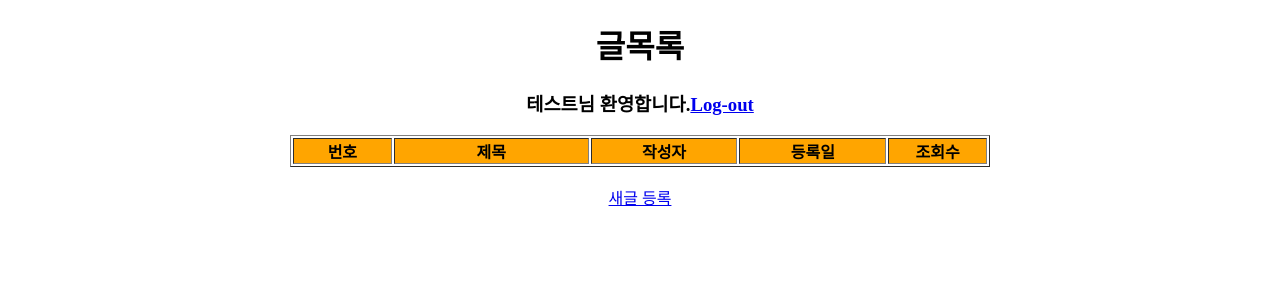
Repository: noopzzya/study_spring_globalin
Page: http://localhost/BoardWeb/getBoardList.jsp
An editor plug-in stored every save of this project. The page is shown before and after the next save, followed by the edit.
The browser window is 1280 px wide. The pictures show the whole page.
The page is served by Tomcat 9. Other server files are loaded and not shown. Queries for data that is not in the repository find no rows.

Above is the page before, as saved 2023-03-09 04:36:10.

### BoardWeb/src/main/webapp/getBoardList.jsp
<%@ page language="java" contentType="text/html; charset=UTF-8"
    pageEncoding="UTF-8"%>

<%@page import="com.globalin.biz.board.impl.BoardDAO"%>
<%@page import="com.globalin.biz.board.BoardVO"%>
<%@ page import="java.util.List" %>

<%
// 데이터베이스 연동
//BoardVO vo = new BoardVO();
BoardDAO boardDAO = new BoardDAO();
List<BoardVO> boardList = boardDAO.getBoardList();

// 응답화면 구성

%>

<!DOCTYPE html>
<html>
<head>
<meta charset="UTF-8">
<title>글 목록</title>
</head>
<body>

<div align="center">
<h1>글목록</h1>

<h3>
	테스트님 환영합니다.<a href="logout_proc.jsp">Log-out</a>
</h3>

<table border="1" cellpadding="0" cellspacint="0" width="700">
	<tr>
		<th bgcolor="orange" width="100">번호</th>
		<th bgcolor="orange" width="200">제목</th>
		<th bgcolor="orange" width="150">작성자</th>
		<th bgcolor="orange" width="150">등록일</th>
		<th bgcolor="orange" width="100">조회수</th>
	</tr>

	<%
		for(BoardVO board : boardList){
	%>

	<tr>
		<td><%=board.getSeq()%></td>
		<td align="left">
			<a href="getBoard.jsp?seq=<%=board.getSeq()%>"><%=board.getTitle()%></a>
		</td>
		<td><%=board.getWriter()%></td>
		<td><%=board.getRegDate()%></td>
		<td><%=board.getCnt()%></td>
	</tr>

	<%
		}
	%>

</table>

<br>
<a href="insertBoard.jsp">새글 등록</a>

</div>

</body>
</html>

### BoardWeb/src/main/java/com/globalin/biz/board/impl/BoardDAO.java
package com.globalin.biz.board.impl;

import java.sql.*;
import java.util.*;

import org.springframework.stereotype.Repository;

import com.globalin.biz.board.BoardVO;
import com.globalin.biz.common.JDBCUtil;

// DAO(Data Access Object)
@Repository("boardDAO")
public class BoardDAO {

	// JDBC 관련 변수 선언
	private Connection conn = null;
	private PreparedStatement pstmt = null;
	private ResultSet rs = null;

	// SQL 명령어들
	private final String BOARD_INSERT="insert into board(seq, title, writer, content) values((select nvl(max(seq),0)+1 from board), ?, ?, ?)";
	private final String BOARD_UPDATE="update board set title=?, content=? where seq=?";
	private final String BOARD_DELETE="delete from board where seq=?";
	private final String BOARD_GET="select * from board where seq=?";
	private final String BOARD_LIST="select * from board order by seq desc";
	private final String BOARD_LIST_T="select * from board where title like '%'||?||'%' order by seq desc";
	private final String BOARD_LIST_C="select * from board where content like '%'||?||'%' order by seq desc";

	// CRUD 메소드 구현
	// 글 등록
	public void insertBoard(BoardVO vo) {

		System.out.println("====> JDBC로 insertBoard() 기능 처리.");

		try {

			conn = JDBCUtil.getConnection();
			pstmt = conn.prepareStatement(BOARD_INSERT);
			pstmt.setString(1, vo.getTitle());
			pstmt.setString(2, vo.getWriter());
			pstmt.setString(3, vo.getContent());
			rs = pstmt.executeQuery();

		}catch(Exception e) {
			e.printStackTrace();
		}finally {
			JDBCUtil.close(rs, pstmt, conn);
		}


	}


	// 글 수정
	public void updateBoard(BoardVO vo) {

		System.out.println("====> JDBC로 updateBoard() 기능 처리.");

		try {
			conn = JDBCUtil.getConnection();
			pstmt = conn.prepareStatement(BOARD_UPDATE);
			pstmt.setString(1, vo.getTitle());
			pstmt.setString(2, vo.getContent());
			pstmt.setInt(3, vo.getSeq());
			pstmt.executeUpdate();

		}catch(Exception e) {
			e.printStackTrace();
		}finally {
			JDBCUtil.close(rs, pstmt, conn);
		}



	}


	// 글 삭제
	public void deleteBoard(BoardVO vo) {

		System.out.println("====> JDBC로 deleteBoard() 기능 처리.");

		try {

			conn = JDBCUtil.getConnection();
			pstmt = conn.prepareStatement(BOARD_DELETE);
			pstmt.setInt(1, vo.getSeq());
			rs = pstmt.executeQuery();

		}catch(Exception e) {
			e.printStackTrace();
		}finally {
			JDBCUtil.close(rs, pstmt, conn);
		}



	}


	// 글 상세조회
	public BoardVO getBoard(BoardVO vo) {

		System.out.println("====> JDBC로 getBoard() 기능 처리.");
		BoardVO board = null;

		try {

			conn = JDBCUtil.getConnection();
			pstmt = conn.prepareStatement(BOARD_GET);
			pstmt.setInt(1, vo.getSeq());
			rs = pstmt.executeQuery();

			if(rs.next()) {
				board = new BoardVO();
				board.setSeq(rs.getInt("seq"));
				board.setTitle(rs.getString("title"));
				board.setWriter(rs.getString("writer"));
				board.setContent(rs.getString("content"));
				board.setRegDate(rs.getDate("regDate"));
				board.setCnt(rs.getInt("cnt"));
			}

		}catch(Exception e) {
			e.printStackTrace();
		}finally {
			JDBCUtil.close(rs, pstmt, conn);
		}


		return board;
	}

	// 글 목록조회
	public List<BoardVO> getBoardList(BoardVO vo) {

		System.out.println("====> JDBC로 getBoardList() 기능 처리.");
		List<BoardVO> boardList = new ArrayList<BoardVO>();
		BoardVO board = null;
		try {

			conn = JDBCUtil.getConnection();
			if(vo.getSearchCondition().equals("TITLE")) {
				pstmt = conn.prepareStatement(BOARD_LIST_T);
			}else if(vo.getSearchCondition().equals("CONTENT")) {
				pstmt = conn.prepareStatement(BOARD_LIST_C);
			}
			pstmt.setString(1, vo.getSearchKeyword());

			// pstmt = conn.prepareStatement(BOARD_LIST);
			rs = pstmt.executeQuery();

			while(rs.next()) {
				board = new BoardVO();
				board.setSeq(rs.getInt("seq"));
				board.setTitle(rs.getString("title"));
				board.setWriter(rs.getString("writer"));
				board.setContent(rs.getString("content"));
				board.setRegDate(rs.getDate("regDate"));
				board.setCnt(rs.getInt("cnt"));
				boardList.add(board);
			}

		}catch(Exception e) {
			e.printStackTrace();
		}finally {
			JDBCUtil.close(rs, pstmt, conn);
		}

		return boardList;
	}
}

### BoardWeb/src/main/java/com/globalin/biz/common/JDBCUtil.java
package com.globalin.biz.common;

import java.sql.*;

public class JDBCUtil {

	public static Connection getConnection() {

		try {
			Class.forName("oracle.jdbc.driver.OracleDriver");
			return DriverManager.getConnection("jdbc:oracle:thin:@localhost:1521:orcl", "scott", "tiger");
		}catch(Exception e) {
			e.printStackTrace();
		}
		return null;
	}

	public static void close(PreparedStatement pstmt, Connection conn) {

		if(pstmt!=null) {
			try {
				if(!pstmt.isClosed())
					pstmt.close();
			}catch(Exception e) {
				e.printStackTrace();
			}finally {
				pstmt = null;
			}
		}

		if(conn!=null) {
			try {
				if(!conn.isClosed())
					conn.close();
			}catch(Exception e) {
				e.printStackTrace();
			}finally {
				conn = null;
			}
		}
	}

	public static void close(ResultSet rs, PreparedStatement pstmt, Connection conn) {

		if(rs!=null) {
			try {
				if(!rs.isClosed())
					rs.close();
			}catch(Exception e) {
				e.printStackTrace();
			}finally {
				rs = null;
			}
		}

		if(pstmt!=null) {
			try {
				if(!pstmt.isClosed())
					pstmt.close();
			}catch(Exception e) {
				e.printStackTrace();
			}finally {
				pstmt = null;
			}
		}

		if(conn!=null) {
			try {
				if(!conn.isClosed())
					conn.close();
			}catch(Exception e) {
				e.printStackTrace();
			}finally {
				conn = null;
			}
		}
	}
}

After the next save:
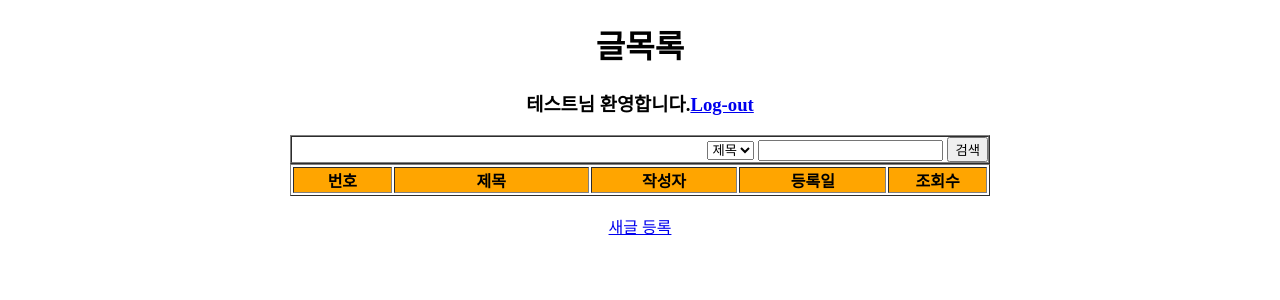
Saved 6 min 2 s later.
--- a/BoardWeb/src/main/webapp/getBoardList.jsp
+++ b/BoardWeb/src/main/webapp/getBoardList.jsp
@@ -29,6 +29,22 @@ List<BoardVO> boardList = boardDAO.getBoardList();
 <h3>
 	테스트님 환영합니다.<a href="logout_proc.jsp">Log-out</a>
 </h3>
+
+<form action="getBoardList.jsp" method="post">
+	<table border="1" cellpadding="0" cellspacing="0" width="700">
+		<tr>
+			<td align="right">
+				<select name="searchCondition">
+					<option value="TITLE">제목</option>
+					<option value="CONTENT">내용</option>
+				</select>
+
+					<input name="searchKeywora" type="text">
+					<input type="submit" value="검색">
+			</td>
+		</tr>
+	</table>
+</form>
 
 <table border="1" cellpadding="0" cellspacint="0" width="700">
 	<tr>
